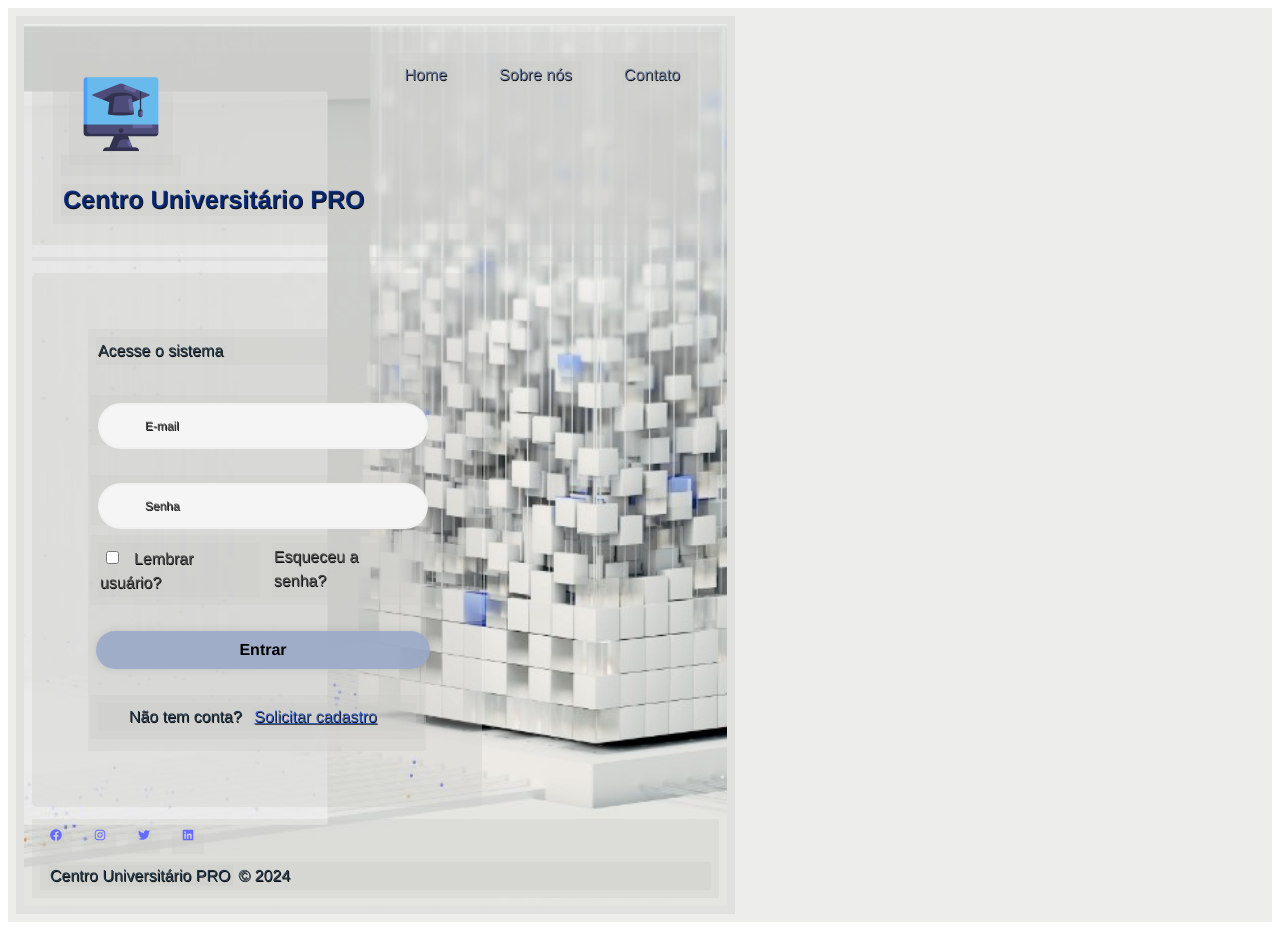
Repository: DanuziaRA/Cadastros-de-Usuarios
Page: /
An editor plug-in stored every save of this project. The page is shown before and after the next save, followed by the edit.
The browser window is 1280 px wide. The pictures show the whole page.
The project was rebuilt for these pictures with package versions that can differ from the ones it lists, and the page was loaded fresh each time. Also part of the build but not shown: vite.config.js, src/components/Footer.css, src/router/Contact.jsx, src/router/ErrorPage.jsx, src/router/ContactDetails.jsx, src/router/Company.jsx, src/router/Forget.jsx, src/router/Cadastro.jsx.

Above is the page before, as saved 2024-10-01 12:45:36.

After the next save:
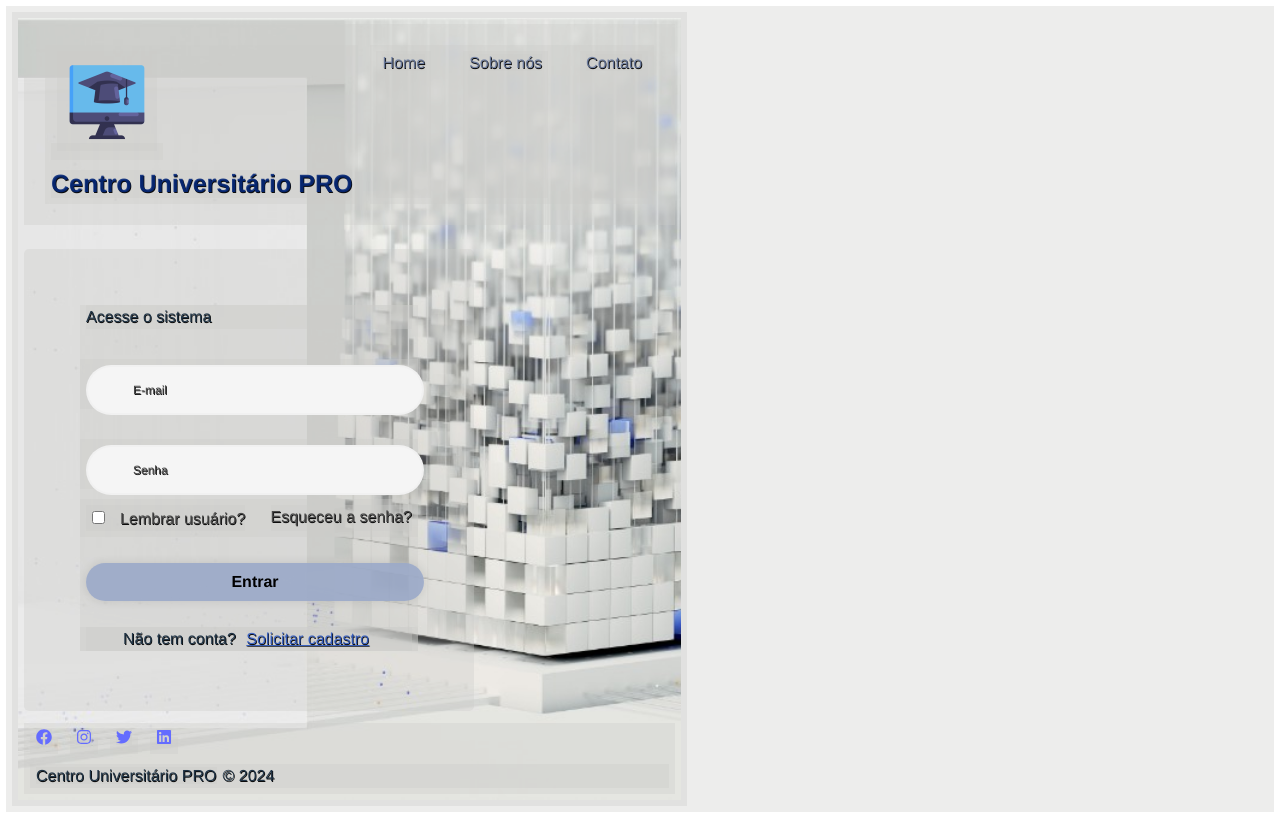
Saved 4 s later.
--- a/src/App.css
+++ b/src/App.css
@@ -1,7 +1,7 @@
 * {
   box-sizing: border-box;
   margin: 6px;
-  padding: 2px;
+  padding: 0px;
   font-family: Helvetica;
   font-size: 16px;
   text-shadow: #0c0c0c 0.7px 0.7px;
